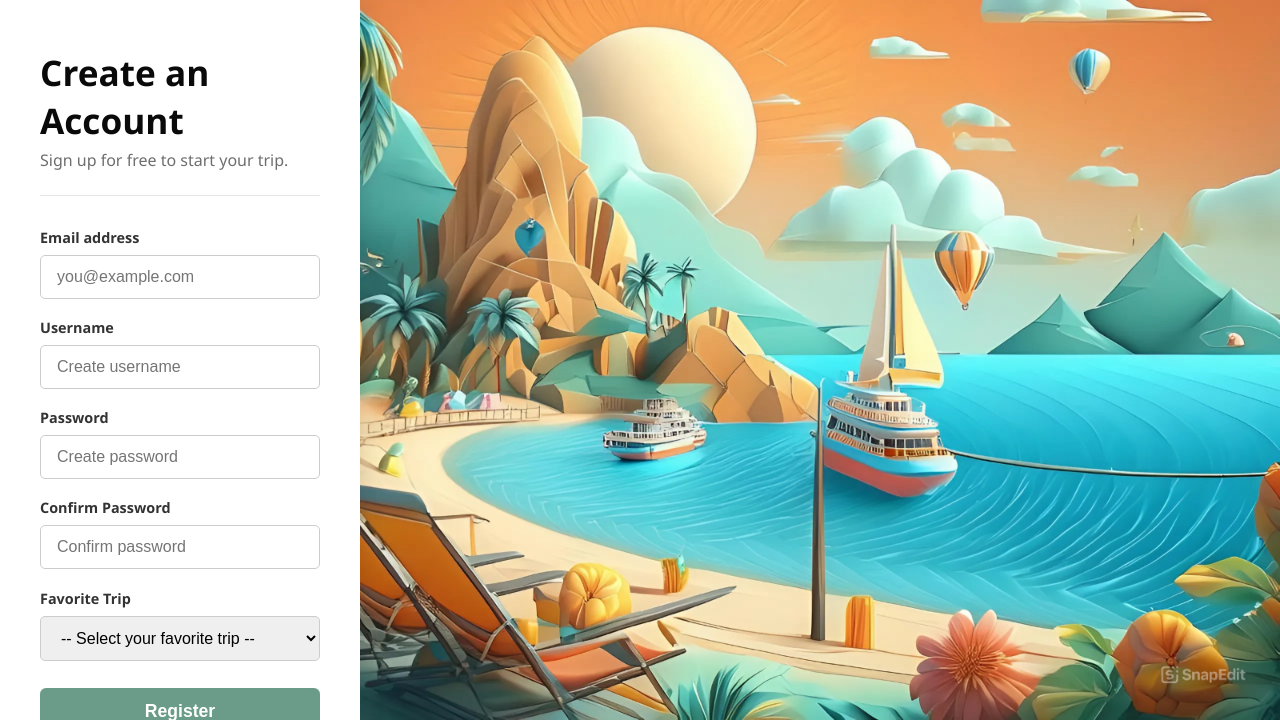
Repository: Nuttawut-Amattong/outtrip
Page: /register (app in OutTrip/)
These files come from the project's save history. The page is drawn as it stood at one moment and after the next save; the edit follows.
The browser window is 1280 px wide. The pictures show the whole page.
The project was rebuilt for these pictures with package versions that can differ from the ones it lists, and the page was loaded fresh each time. Also part of the build but not shown: OutTrip/vite.config.js, OutTrip/src/component/Login.jsx, OutTrip/src/component/forgetpass.module.css, OutTrip/src/component/Forgetpass.jsx.

Above is the page before, as saved 2025-05-19 02:09:33.

After the next save:
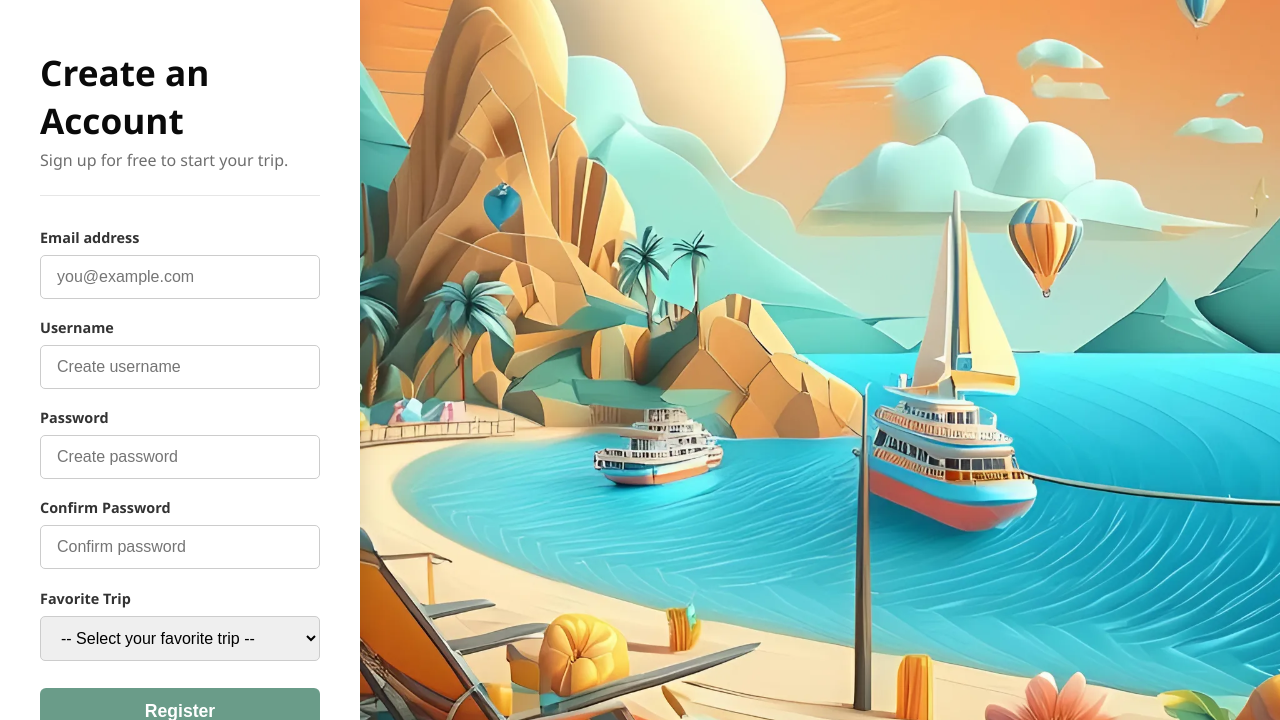
Saved 4 s later.
--- a/OutTrip/src/component/login.module.css
+++ b/OutTrip/src/component/login.module.css
@@ -1,7 +1,6 @@
 body {
   background-image: url('../img/images.jpg');
   background-repeat: no-repeat;
-  background-size: cover;        /* ขยายเต็มจอ */
   background-position: center;   /* จัดให้อยู่กลางจอ */
   background-attachment: fixed;
 }

After the save that followed:
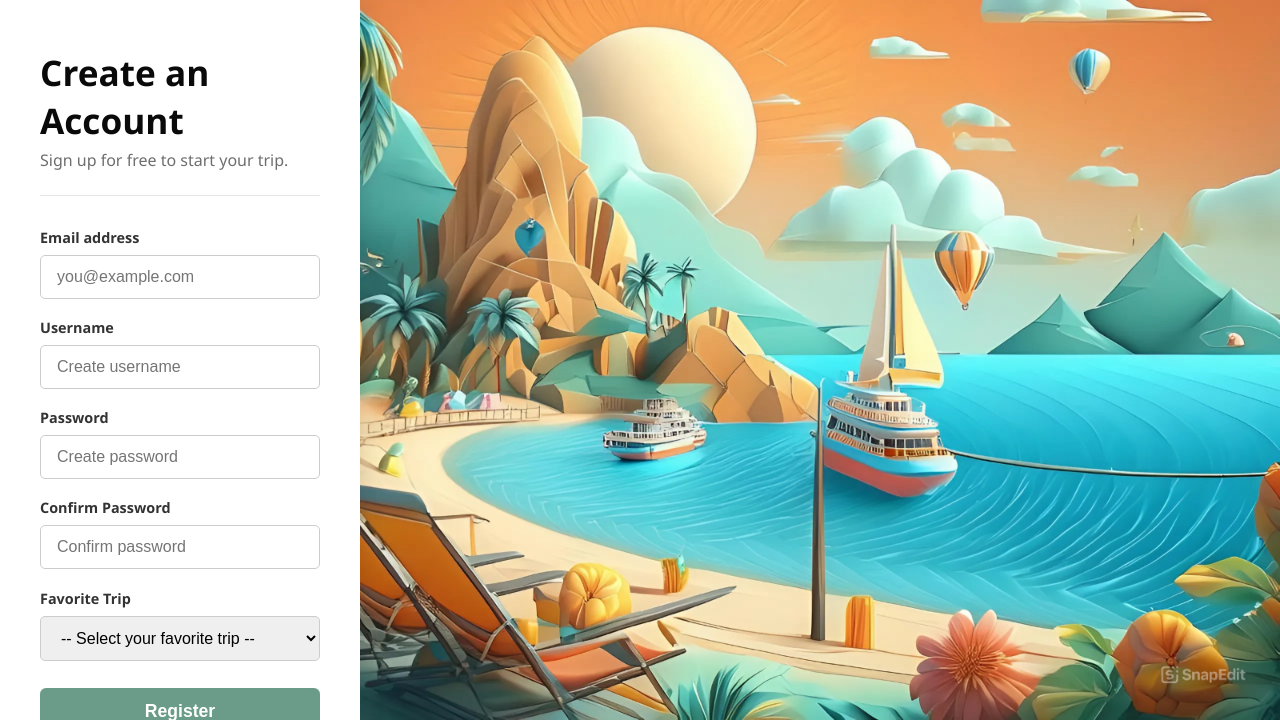
Saved 4 s later.
--- a/OutTrip/src/component/login.module.css
+++ b/OutTrip/src/component/login.module.css
@@ -1,6 +1,7 @@
 body {
   background-image: url('../img/images.jpg');
   background-repeat: no-repeat;
+  background-size: cover;        /* ขยายเต็มจอ */
   background-position: center;   /* จัดให้อยู่กลางจอ */
   background-attachment: fixed;
 }
